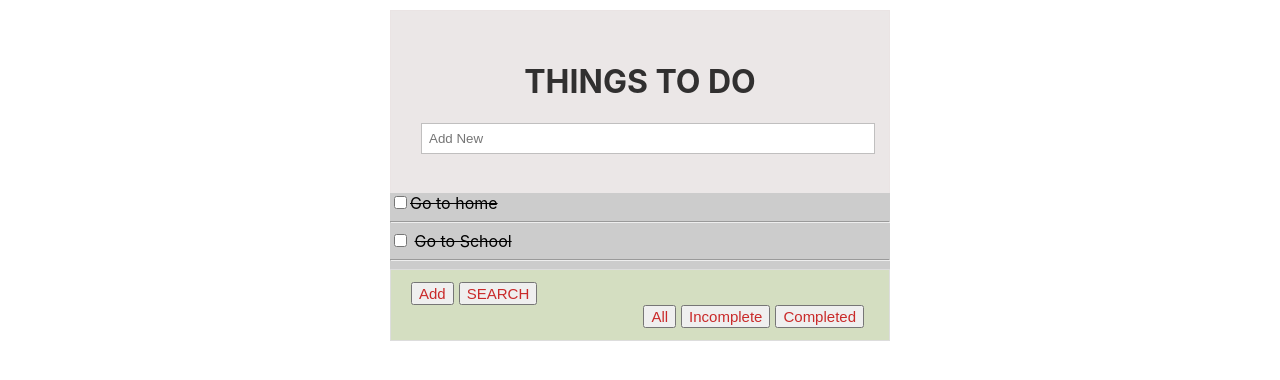
Repository: kirangautam45/To-Do-Application
Page: /
These files come from the project's save history. The page is drawn as it stood at one moment and after a run of saves; the edit follows.
The browser window is 1280 px wide. The pictures show the whole page.
The project was rebuilt for these pictures with package versions that can differ from the ones it lists, and the page was loaded fresh each time.

Above is the page before, as saved 2022-08-11 14:28:04.

After the next 3 saves:
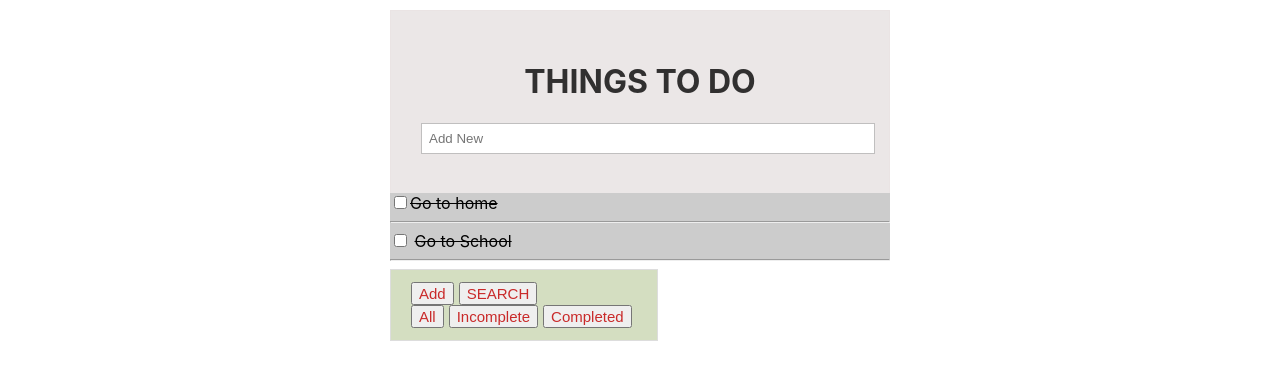
The 3 saves are shown as one change because they came seconds apart.
The last was saved 41 s later.
--- a/src/App.css
+++ b/src/App.css
@@ -29,6 +29,7 @@
 }
 .Icon{
   height: auto;
+  position: absolute;
 justify-content: space-between;
 border: 1px solid #ddd;
 background-color: #d4dec1;

After the 2 saves that followed:
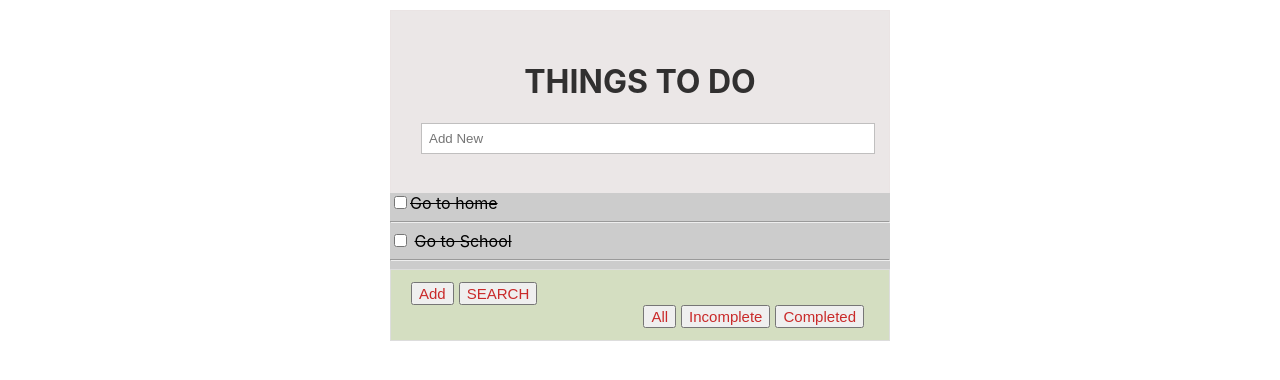
The 2 saves are shown as one change because they came seconds apart.
The last was saved 10 s later.
--- a/src/App.css
+++ b/src/App.css
@@ -29,7 +29,7 @@
 }
 .Icon{
   height: auto;
-  position: absolute;
+  position: relative;
 justify-content: space-between;
 border: 1px solid #ddd;
 background-color: #d4dec1;
